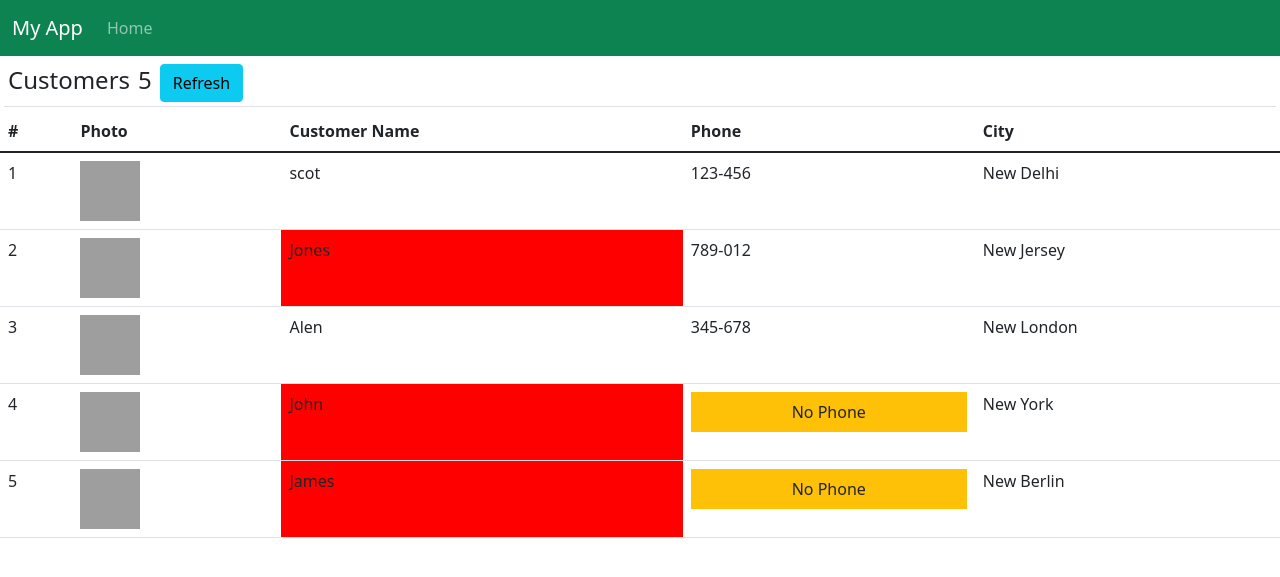
Repository: smit1298/e-commerce
Page: /
The author's editor kept a copy of each file at every save. The page is drawn from the files as they stood at one save, then again after the next save.
The browser window is 1280 px wide. The pictures show the whole page.
Pictures or frames that could not be fetched are drawn as grey boxes. The project was rebuilt for these pictures with package versions that can differ from the ones it lists, and the page was loaded fresh each time.

Above is the page before, as saved 2022-05-11 10:10:27.

After the next save:
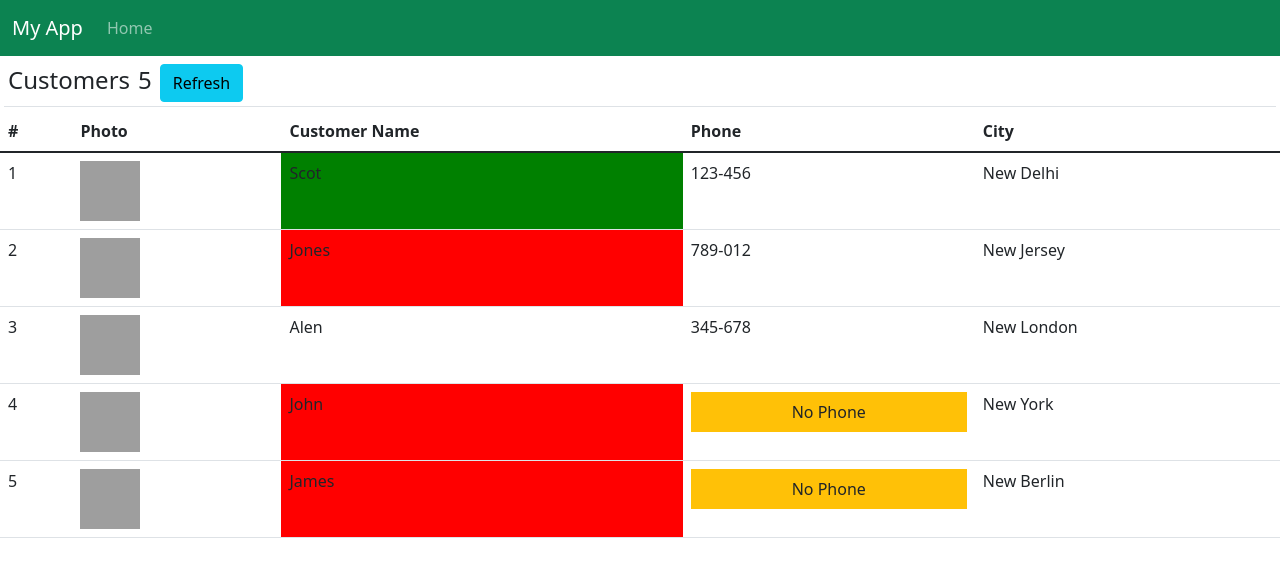
Saved 12 s later.
--- a/src/MainContent.jsx
+++ b/src/MainContent.jsx
@@ -7,7 +7,7 @@ export default class MainContent extends Component {
     customers: [
       {
         id: 1,
-        name: "scot",
+        name: "Scot",
         phone: "123-456",
         address: { city: "New Delhi" },
         photo: "https://picsum.photos/id/1019/60"
